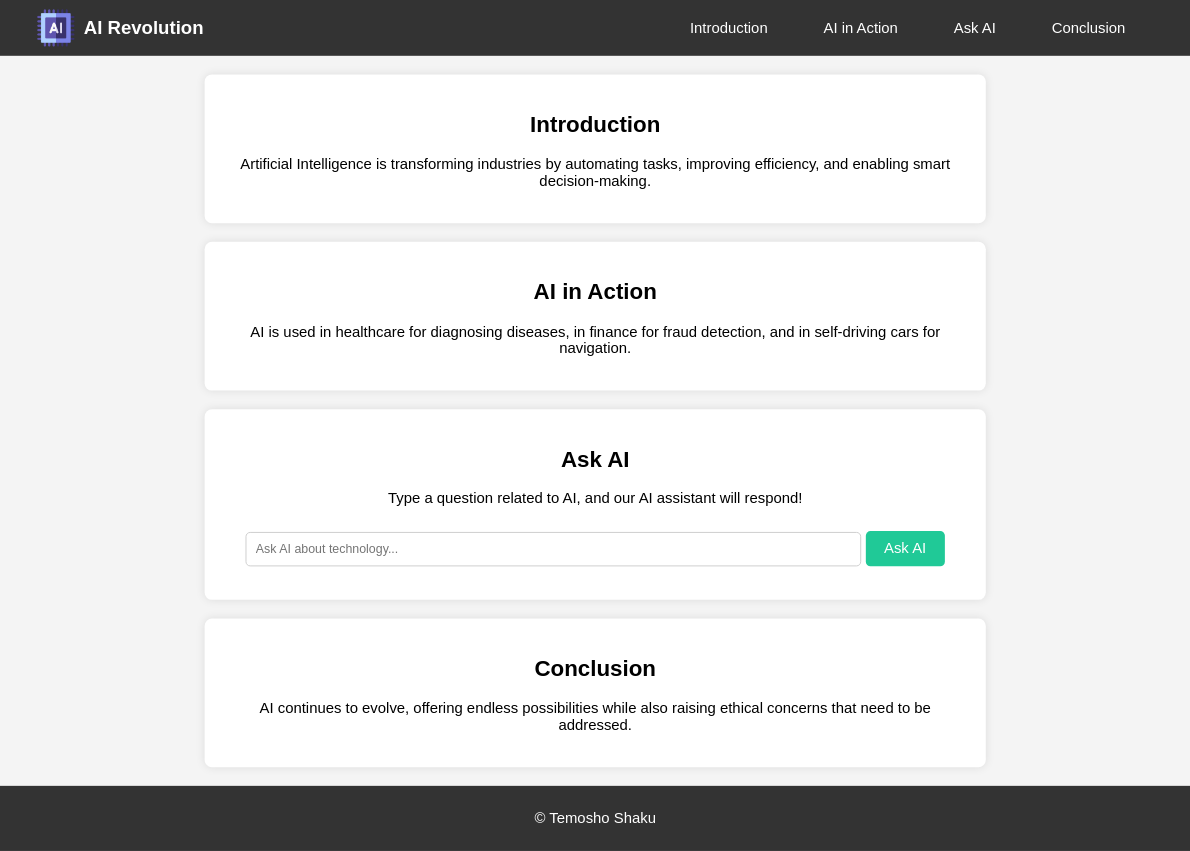
Repository: TemoshoS/ai
Page: index.html
An editor plug-in stored every save of this project. The page is shown before and after the next save, followed by the edit.
The browser window is 1280 px wide. The pictures show the whole page, at 93% of full size.

Above is the page before, as saved 2025-02-16 15:28:57.

### index.html
<!DOCTYPE html>
<html lang="en">
<head>
    <meta charset="UTF-8">
    <meta name="viewport" content="width=device-width, initial-scale=1.0">
    <title>AI Revolution</title>
    <link rel="stylesheet" href="styles.css">
</head>
<body>

    <nav>
        <div class="nav-container">
            <div class="logo">
                <img src="./ai.png" alt="AI Logo">
                <span>AI Revolution</span>
            </div>
            <ul class="nav-links">
                <li><a href="#intro">Introduction</a></li>
                <li><a href="#body">AI in Action</a></li>
                <li><a href="#chatbot">Ask AI</a></li>
                <li><a href="#conclusion">Conclusion</a></li>
            </ul>
        </div>
    </nav>

    <section id="intro">
        <h2>Introduction</h2>
        <p>Artificial Intelligence is transforming industries by automating tasks, improving efficiency, and enabling smart decision-making.</p>
    </section>

    <section id="body">
        <h2>AI in Action</h2>
        <p>AI is used in healthcare for diagnosing diseases, in finance for fraud detection, and in self-driving cars for navigation.</p>
    </section>

    <section id="chatbot">
        <h2>Ask AI</h2>
        <p>Type a question related to AI, and our AI assistant will respond!</p>
        <input type="text" id="userInput" placeholder="Ask AI about technology...">
        <button id="askAI">Ask AI</button>
        <p id="aiResponse"></p>
    </section>

    <section id="conclusion">
        <h2>Conclusion</h2>
        <p>AI continues to evolve, offering endless possibilities while also raising ethical concerns that need to be addressed.</p>
    </section>

    <footer>
        <p>&copy; Temosho Shaku</p>
    </footer>

    <script src="script.js"></script>
</body>
</html>

### styles.css
body {
    font-family: Arial, sans-serif;
    margin: 0;
    padding: 0;
    background-color: #f4f4f4;
    text-align: center;
}

/* NAVIGATION BAR */
nav {
    background: #333;
    padding: 10px 20px;
}

.nav-container {
    display: flex;
    justify-content: space-between;
    align-items: center;
    max-width: 1200px;
    margin: auto;
}

.logo {
    display: flex;
    align-items: center;
}

.logo img {
    width: 40px;
    height: 40px;
    margin-right: 10px;
}

.logo span {
    font-size: 20px;
    color: white;
    font-weight: bold;
}

.nav-links {
    list-style: none;
    display: flex;
    margin: 0;
    padding: 0;
}

.nav-links li {
    margin: 0 15px;
}

.nav-links li a {
    color: white;
    text-decoration: none;
    padding: 10px 15px;
    display: block;
}

.nav-links li a:hover {
    background-color: #20C997;
    border-radius: 5px;
}

/* CONTENT */
section {
    padding: 20px;
    max-width: 800px;
    margin: auto;
    background: white;
    margin-top: 20px;
    border-radius: 8px;
    box-shadow: 0px 0px 10px rgba(0, 0, 0, 0.1);
}

/* AI CHAT */
input {
    padding: 10px;
    width: 80%;
    border: 1px solid #ccc;
    border-radius: 5px;
    margin-top: 10px;
}

button {
    background-color: #20C997;
    color: white;
    padding: 10px 20px;
    border: none;
    font-size: 16px;
    cursor: pointer;
    margin-top: 10px;
    border-radius: 5px;
}

button:hover {
    background-color: #17a589;
}

#aiResponse {
    font-weight: bold;
    color: #333;
    margin-top: 15px;
}

/* FOOTER */
footer {
    margin-top: 20px;
    background-color: #333;
    color: white;
    padding: 10px;
}

### script.js

document.getElementById("askAI").addEventListener("click", function () {
    let userInput = document.getElementById("userInput").value.trim();

    if (!userInput) {
        alert("Please enter a question!");
        return;
    }

    document.getElementById("aiResponse").innerText = "Thinking...";

    setTimeout(() => {
        let fakeResponses = [
            "AI helps automate repetitive tasks.",
            "Machine learning enables computers to learn from data.",
            "AI is used in chatbots, self-driving cars, and healthcare.",
            "AI raises ethical concerns, including bias and job automation.",
            "AI can improve cybersecurity by detecting threats."
        ];

        let randomResponse = fakeResponses[Math.floor(Math.random() * fakeResponses.length)];

        document.getElementById("aiResponse").innerText = randomResponse;
    }, 1500);
});

After the next save:
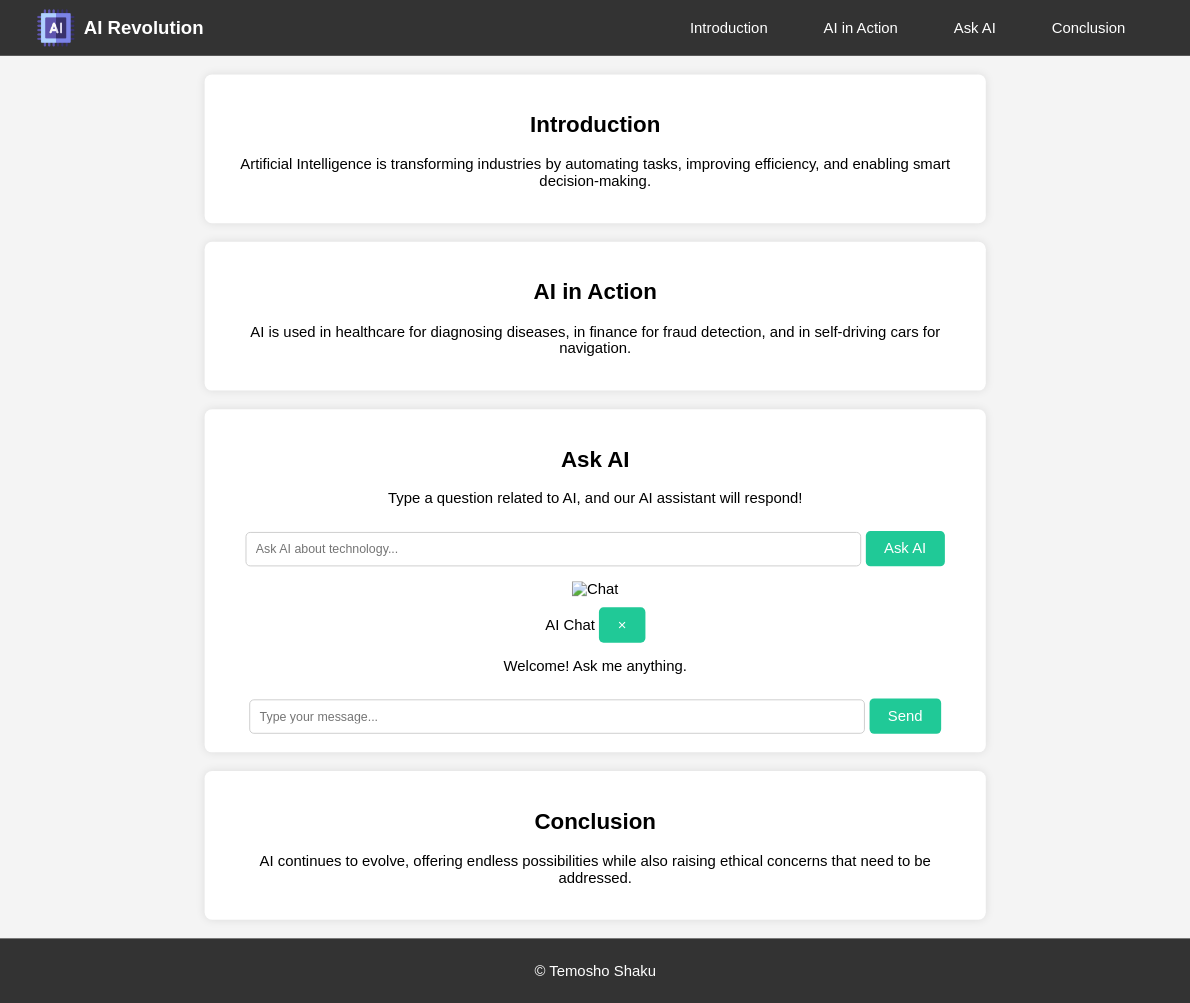
Not found: chat-icon.png
Saved 2 min 50 s later.
--- a/index.html
+++ b/index.html
@@ -39,7 +39,26 @@
         <input type="text" id="userInput" placeholder="Ask AI about technology...">
         <button id="askAI">Ask AI</button>
         <p id="aiResponse"></p>
+
+        <!-- Chat Icon -->
+        <div id="chatIcon">
+            <img src="./chat-icon.png" alt="Chat" />
+        </div>
+
+        <!-- Chat Box -->
+        <div id="chatBox">
+            <div class="chat-header">
+                <span>AI Chat</span>
+                <button id="closeChat">&times;</button>
+            </div>
+            <div class="chat-body">
+                <p>Welcome! Ask me anything.</p>
+            </div>
+            <input type="text" id="chatInput" placeholder="Type your message...">
+            <button id="sendChat">Send</button>
+        </div>
     </section>
+
 
     <section id="conclusion">
         <h2>Conclusion</h2>
